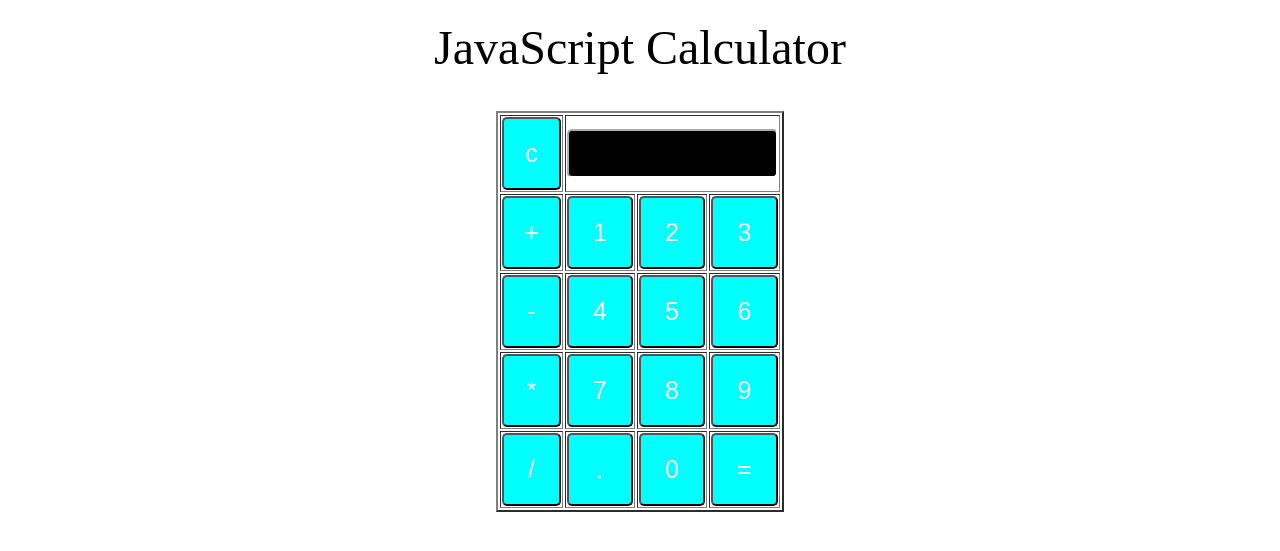
Repository: spidero7/Simple-Calculator
Page: index.html
These files come from the project's save history. The page is drawn as it stood at one moment and after a run of saves; the edit follows.
The browser window is 1280 px wide. The pictures show the whole page.

Above is the page before, as saved 2021-09-15 07:33:11.

### index.html
<!DOCTYPE html>
<html lang="en">
<head>
    <meta charset="UTF-8">
    <meta http-equiv="X-UA-Compatible" content="IE=edge">
    <meta name="viewport" content="width=device-width, initial-scale=1.0">
    <title>Calculator</title>
    <link rel="stylesheet" href="style.css">
</head>
<body>
        <div class="title">JavaScript Calculator</div>
        <div class="calculator-container">
            <table border="2">
                <tr>
                    <td><input type="button" value="c" onclick="clr()"/></td>
                    <td colspan="3"><input type="text" id="textvalue"/></td>
                </tr>
                <tr>
                    <td><input type="button" value="+" onclick="display('+')"/></td>
                    <td><input type="button" value="1" onclick="display('1')"/></td>
                    <td><input type="button" value="2" onclick="display('2')"/></td>
                    <td><input type="button" value="3" onclick="display('3')"/></td>
                </tr>
                <tr>
                    <td><input type="button" value="-" onclick="display('-')"/></td>
                    <td><input type="button" value="4" onclick="display('4')"/></td>
                    <td><input type="button" value="5" onclick="display('5')"/></td>
                    <td><input type="button" value="6" onclick="display('6')"/></td>
                </tr>
                <tr>
                    <td><input type="button" value="*" onclick="display('*')"/></td>
                    <td><input type="button" value="7" onclick="display('7')"/></td>
                    <td><input type="button" value="8" onclick="display('8')"/></td>
                    <td><input type="button" value="9" onclick="display('9')"/></td>
                </tr>
                <tr>
                    <td><input type="button" value="/" onclick="display('/')"/></td>
                    <td><input type="button" value="." onclick="display('.')"/></td>
                    <td><input type="button" value="0" onclick="display('0')"/></td>
                    <td><input type="button" value="=" onclick="evaluate()"/></td>
                </tr>
            </table>
        </div>
    <script src="app.js"></script>
</body>
</html>

### style.css
* {
    box-sizing: border-box;
}

body {
    margin: 0;
    padding: 0;
}

.calculator-container {
    display: flex;
    justify-content: center;
    align-items: center;
    width: 100vw;
    height: 60vh;
}

.title {
    display: flex;
    text-align: center;
    margin: 20px;
    font-size: 3rem;
    justify-content: center;
}

input[type="button"] {
    background-color: aqua;
    color: white;
    border-radius: 5px;
    border-color: black;
    width: 100%;
    padding: 20px;
    font-size: 25px;
    cursor: pointer;
}

input[type="text"] {
    border-radius: 5px;
    text-align: right;
    background-color: black;
    color: white;
    border-color: white;
    width: 100%;
    padding: 15px;
}

Loaded but not shown: app.js (no copy from this time; the picture is the same without it)

After the next 2 saves:
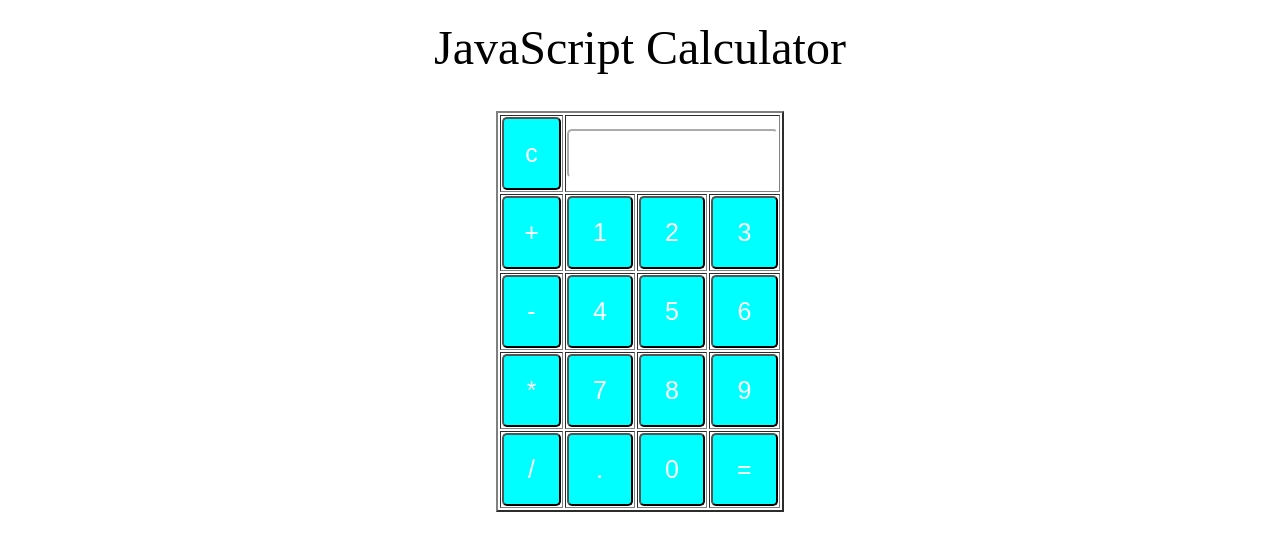
The 2 saves are shown as one change because they came seconds apart.
The last was saved 6 s later.
--- a/style.css
+++ b/style.css
@@ -37,7 +37,7 @@ input[type="button"] {
 input[type="text"] {
     border-radius: 5px;
     text-align: right;
-    background-color: black;
+    background-color: none
     color: white;
     border-color: white;
     width: 100%;
